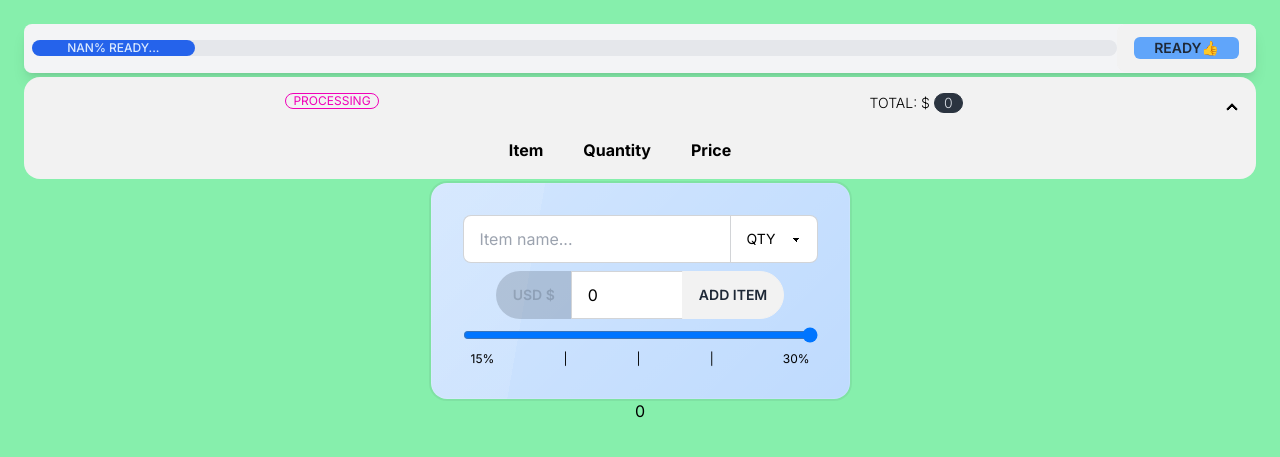
Repository: bitepay/bitepay-xyz
Page: /table
An editor plug-in stored every save of this project. The page is shown before and after the next save, followed by the edit.
The browser window is 1280 px wide. The pictures show the whole page.
The page's requests for data from a server got no answer. The project was rebuilt for these pictures with package versions that can differ from the ones it lists, and the page was loaded fresh each time. The framework's server and built-in components were replaced by stand-ins that run in the browser. No one was signed in, and anything a server would have sent is missing. Also part of the build but not shown: next.config.js.

Above is the page before, as saved 2023-06-27 23:44:41.

### src/pages/_app.js
import '@/styles/globals.css';
import { UserSocketProvider } from '@/context/UserSocketContext';

export default function App({ Component, pageProps }) {
  return (
    <UserSocketProvider>
      <Component {...pageProps} />
    </UserSocketProvider>
  )
}

### src/pages/table.js

// import Image from 'next/image'
import Head from "next/head"
// import Link from "next/link"
import { Inter } from 'next/font/google'

import { useUserSocketContext } from '@/context/UserSocketContext'

import { AddItemInput } from '@/components/AddItemInput'
import { ProgressBar } from '@/components/ProgressBar'
import { UserBill } from '@/components/UserBill'
import { MembersBill } from '@/components/MembersBill'

const inter = Inter({ subsets: ['latin'] })

export default function Table() {

  const { socket, user, tableMembers, setUser } = useUserSocketContext();

  if (user.tableID !== 0) {
    socket.emit('joinTable', user)
  }

  const handleUserDelete = (user, payload) => {
    socket.emit('userDeleteItem', {user, payload})
  };

  const handleUserUpdate = (user, payload) => {
    socket.emit('userUpdate', {user, payload})
  };

  const userUpdateStatus = (user) => {
    if (user.status === 'PROCESSING') {
      socket.emit('userUpdateStatus', { ...user, status: 'READY' })
    } else {
      socket.emit('userUpdateStatus', { ...user, status: 'PROCESSING' })
    }
  }

  return (
    <>
      <Head>
        <title>BitePay - Table</title>
        <meta name="description" content="The fastest and easiest way to divvy up the dining bill between your friends."></meta>
      </Head>

      <main className={`flex min-h-screen flex-col items-center p-6 ${inter.className} bg-green-300`} >

        <ProgressBar user={user} tableMembers={tableMembers} userUpdateStatus={userUpdateStatus} />
        <UserBill user={user} handleUserDelete={handleUserDelete} />
        <AddItemInput user={user} handleUserUpdate={handleUserUpdate} setUser={setUser} />
        <MembersBill tableMembers={tableMembers} userId={user.id}/>

      </main>
    </>
  )
}

### src/context/UserSocketContext.js
'use client';
import React, { createContext, useEffect, useState, useContext } from 'react'
import { io } from 'socket.io-client'


// Create a new context
const UserSocketContext = createContext({});

// Custom context provider component
export const UserSocketProvider = ({ children }) => {

  const [socket, setSocket] = useState(null);

  const [user, setUser] = useState({
    id: '',
    username: '',
    tableID: 0,
    myItems: [],
    tip: 15,
    total: 0,
    status: 'PROCESSING',
  });

  const [tableMembers, setTableMembers] = useState([]);

  // Establish the Socket.IO connection when the component mounts
  useEffect(() => {

    const socket = io('https://bitepay.xyz');
    setSocket(socket);

    socket.on('connect', () => {
      console.log('Successfully connected to the ws server!')
    })

    // set user id to the websocket id
    socket.on('setId', (data) => setUser((prevUser) => {
      prevUser.id = data
      return prevUser;
    }));

    // listen to events from ws server regarding members of the table
    socket.on('tableMembers', (data) => setTableMembers((prevTableMembers) => { return [...data.slice()] }));

    // listen to events from ws server regarding updates to tableMembers
    socket.on('tableMemberUpdate', (data) => {

      if (data.id === user.id) {
        setUser((prevUser) => {
          prevUser.myItems = data.myItems;
          prevUser.tip = data.tip;
          prevUser.total = data.total;
          prevUser.status = data.status;
          return prevUser;
        })
      }

      setTableMembers((prevTableMembers) => {
        return prevTableMembers.map((member) => {
          if (member.id === data.id) {
            member.myItems = data.myItems
            member.tip = data.tip
            member.total = data.total
            member.status = data.status
            return member
          } else {
            return member
          }
        })
      })
    });

    // listen to events from ws server regarding members leaving the table
    socket.on('userLeft', (data) => {
      setTableMembers((prevTableMembers) => {
        return prevTableMembers.filter((member) => {
          return member.id !== data.id
        })
      })
    });

    socket.on('disconnect', () => {
      console.log('Disconnected from the ws server!');
    });

    // Clean up the socket connection when the component unmounts
    return () => {
      socket.off('connect');
      socket.off('setId');
      socket.off('tableMembers');
      socket.off('tableMemberUpdate');
      socket.off('userLeft');
      socket.disconnect();
    };
  }, [user.id]);

  // Provide the socket object to the child components
  return (
    <UserSocketContext.Provider value={{socket, user, setUser, tableMembers, setTableMembers}}>
      {children}
    </UserSocketContext.Provider>
  );
};

// Export the SocketContext
export default UserSocketContext;

// Export a custom hook that can be used to consume this context
export const useUserSocketContext = () => useContext(UserSocketContext);

### src/components/AddItemInput.jsx
import { useState, useEffect } from 'react';

export const AddItemInput = ({ handleUserUpdate, user, setUser }) => {
	const [itemName, setItemName] = useState('');
	const [itemPrice, setItemPrice] = useState(0);
	const [itemQuantity, setItemQuantity] = useState(0);
	const [userTip, setUserTip] = useState(user.tip);

	useEffect(() => {
		setUserTip(user.tip)
	}, [])

	const handleClick = (e) => {
			if (itemQuantity === 0) {
					alert("Don't forget to add quantity!");
			}
			else if (itemPrice <= 0) {
					alert("Please don't forget to add your item's price!");
			}
			else if (itemName != "" && itemPrice > 0 && itemQuantity > 0) {
					const itemID = Math.ceil(Math.random()*1000000000);
					const payload = {itemID, itemName, itemPrice, itemQuantity};
					handleUserUpdate(user, payload);
					setItemName('');
					setItemPrice(0);
			} else {
					alert("Please fill out all fields");
			}
	}

	const handleTipChange = (e) => {
		e.preventDefault();
		setUser({...user, tip: parseInt(e.target.value)})
	}

	return (
		<>
			<div className="card glass bg-blue-200">
				<div className="card-body">
					<div className="join mx-auto">

						<input className="input input-bordered join-item max-w-34" placeholder="Item name..." value={itemName} onChange={(e) => {setItemName(e.target.value)}}/>

						<select className="select select-bordered join-item" value={itemQuantity} onChange={(e) => setItemQuantity(e.target.value)}>
							<option disabled value={0}>QTY</option>
							<option value={1/4}>
									1/4
							</option>
							<option value={1/3}>
									1/3
							</option>
							<option value={1/2}>
									1/2
							</option>
							<option value={1}>
									1
							</option>
							<option value={2}>
									2
							</option>
							<option value={3}>
									3
							</option>
							<option value={4}>
									4
							</option>
						</select>

					</div>
					<div className="mx-auto">
						<div className="join">
							<button className="btn join-item rounded-l-full" disabled="true">USD $</button>
							<input className="input input-bordered join-item w-28" placeholder="Price" type="number" value={itemPrice} onChange={(e) => {setItemPrice(e.target.value)}}/>
							<button className="btn join-item rounded-r-full" disabled={user.status === 'READY'} onClick={(e) => handleClick(e)}>ADD ITEM</button>
						</div>
					</div>
						<input type="range" min={15} max={30} value={30} step={1} onChange={(e) => handleTipChange(e)} />
						<div className="w-full flex justify-between text-xs px-2">
							<span>15%</span>
							<span>|</span>
							<span>|</span>
							<span>|</span>
							<span>30%</span>
						</div>
				</div>
			</div>
		</>
	)
};

### src/components/ProgressBar.jsx
import { useState, useEffect } from 'react';

export const ProgressBar = ({ tableMembers, user, userUpdateStatus }) => {

  const [progress, setProgress] = useState(0);

  useEffect(() => {
    const completed = tableMembers.filter((member) => member.status === 'READY');
    const progress = Math.round(100 * ((completed.length / tableMembers.length) * 100)) / 100;
    setProgress(progress);

    console.log(`Re-render triggered from tableMember update in ProgressBar. Progress is now ${progress}%`)
  }, [tableMembers])

  const progressBar = (progress) => {
    if (progress === 100) {
      return (
          <div className="w-full bg-gray-200 rounded-full dark:bg-gray-700">
            <div className="bg-green-600 text-xs font-medium text-green-100 text-center p-0.5 leading-none rounded-full" style={{width: `${progress}%`}}> {progress}% COMPLETE! </div>
          </div>
      )
    } else {
      return (
        <div className="w-full bg-gray-200 rounded-full dark:bg-gray-700">
            <div className="bg-blue-600 text-xs font-medium text-blue-100 text-center p-0.5 leading-none rounded-full" style={{width: `${progress < 15 ? 15 : progress}%`}}> {progress}% READY... </div>
          </div>
      )
    }
  }

  const handleChange = () => {
    userUpdateStatus(user)
  }

  const toggleStatusButton = (status) => {
    return (
      <label className="btn swap swap-rotate">

        {/* this hidden checkbox controls the state */}
        <input type="checkbox" onChange={() => handleChange()} checked={user.status === 'READY'}/>

        {/* ready icon */}

        <div class="swap-on bg-red-400 p-1 rounded-md">Make changes</div>
        <div class="swap-off bg-blue-400 p-1 rounded-md">Ready👍</div>

        {/* not ready icon */}


      </label>
    )

  }



  return (

      <div className="w-full flex items-center justify-between mb-.5 mx-auto pl-2 overflow-hidden rounded-lg shadow-lg bg-gray-100 uppercase border-b border-gray-100">
          {progressBar(progress)}
        <div id="final-bill-button">
          {toggleStatusButton(user.status)}
        </div>
      </div>

  )
}

### src/components/UserBill.jsx
export const UserBill = ({ user, handleUserDelete }) => {

  const UserItem = (item) => {
    const { itemID, itemName, itemPrice, itemQuantity } = item

    return (
      <tr key={`user-item-${itemID}`}>
				<td className="px-5">{itemName}</td>
				<td className="px-5">{itemQuantity}</td>
				<td className="px-5">{itemPrice}</td>
				{/* This is where we need to add the delete button for User delete feature */}
				<td className="px-5"><button className="btn btn-outline btn-error" onClick={() => handleUserDelete(user, item)} disabled={user.status === 'READY'}>DELETE</button></td>
			</tr>
    )
  }

  return (
    <div className="collapse collapse-arrow bg-base-200 m-1">
      <input type="radio" name="my-accordion-2" defaultChecked="true"/>
      <div className="collapse-title">
        {/* This is where we need to render name, status, and total */}
        <div className="flex justify-around">
          <div className="flex flex-col">
            <div className="text-lg font-medium">
              {user.username}
            </div>
            <div className={`badge badge-sm text-xs ${user.status === 'READY' ? 'badge-accent' : 'badge-secondary badge-outline'}`}>
              {user.status === 'READY' ? 'READY' : 'PROCESSING'}
            </div>
          </div>
          <div className="text-sm font-light my-auto">
            TOTAL{': $ '}
            <div className={`badge ${user.status === 'READY' ? 'badge-primary' : 'badge-neutral'}`}>
              {user.total}
            </div>
          </div>

        </div>
      </div>
      <div className="collapse-content">
        {/* This is where I need to map through user items */}
        <table className="table-auto mx-auto">
          <thead>
            <tr>
              <th className="px-5">Item</th>
              <th className="px-5">Quantity</th>
              <th className="px-5">Price</th>
              <th className="px-5"></th>
            </tr>
          </thead>
          <tbody>
            {user.myItems.map((item) => UserItem(item))}
          </tbody>
        </table>
      </div>
    </div>
  )
}

### src/components/MembersBill.jsx
export const MembersBill = ({ tableMembers, userId }) => {

  const MemberItem = (item) => {
    const { itemID, itemName, itemPrice, itemQuantity } = item

    return (
      <tr key={`member-item-${itemID}`}>
        <td className="px-5">{itemName}</td>
        <td className="px-5">{itemQuantity}</td>
        <td className="px-5">{itemPrice}</td>
        <td className="px-5">{' '}</td>
      </tr>
    )
  }

  return (
    <>
      {tableMembers.length && tableMembers.map((member) => {
        if (member.id !== userId) {
          return (
            <div key={`${member.id}-list-items`} className="collapse collapse-arrow bg-base-200 m-1">
              <input type="radio" name="my-accordion-2"/>
              <div className="collapse-title text-xl font-medium">
                {/* This is where we need to render name, status, and total */}
                {member.username}
              </div>
              <div className="collapse-content">
              <table className="table-auto mx-auto">
                <thead>
                  <tr>
                    <th className="px-5">Item</th>
                    <th className="px-5">Quantity</th>
                    <th className="px-5">Price</th>
                    <th className="px-5"></th>
                  </tr>
                </thead>
                <tbody>
                  {member.myItems?.length ? member.myItems.map((item) => MemberItem(item)) : <tr key="user-no-items"><td>No items yet</td></tr>}
                </tbody>
                </table>
              </div>
            </div>
          )
        }
      })}
    </>
  )
};

### tailwind.config.js
/** @type {import('tailwindcss').Config} */
module.exports = {
  content: [
    './src/pages/**/*.{js,ts,jsx,tsx,mdx}',
    './src/components/**/*.{js,ts,jsx,tsx,mdx}',
    './src/app/**/*.{js,ts,jsx,tsx,mdx}',
  ],
  theme: {
    extend: {
      backgroundImage: {
        'gradient-radial': 'radial-gradient(var(--tw-gradient-stops))',
        'gradient-conic':
          'conic-gradient(from 180deg at 50% 50%, var(--tw-gradient-stops))',
      },
    },
  },
  daisyui: {
    themes: [
      "light",
      "dark"
    ],
  },
  plugins: [require("daisyui")],
}

Loaded but not shown: src/pages/_document.js (common file); src/styles/globals.css (common file)

After the next save:
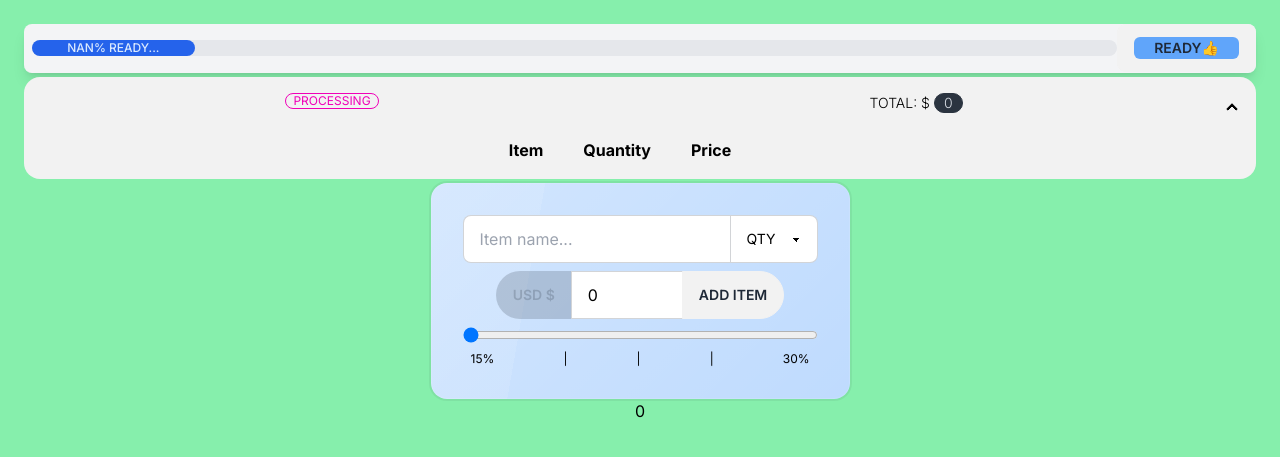
Saved 15 s later.
--- a/src/components/AddItemInput.jsx
+++ b/src/components/AddItemInput.jsx
@@ -74,7 +74,7 @@ export const AddItemInput = ({ handleUserUpdate, user, setUser }) => {
 							<button className="btn join-item rounded-r-full" disabled={user.status === 'READY'} onClick={(e) => handleClick(e)}>ADD ITEM</button>
 						</div>
 					</div>
-						<input type="range" min={15} max={30} value={30} step={1} onChange={(e) => handleTipChange(e)} />
+						<input type="range" min={15} max={30} value={user.tip} step={1} onChange={(e) => handleTipChange(e)} />
 						<div className="w-full flex justify-between text-xs px-2">
 							<span>15%</span>
 							<span>|</span>
